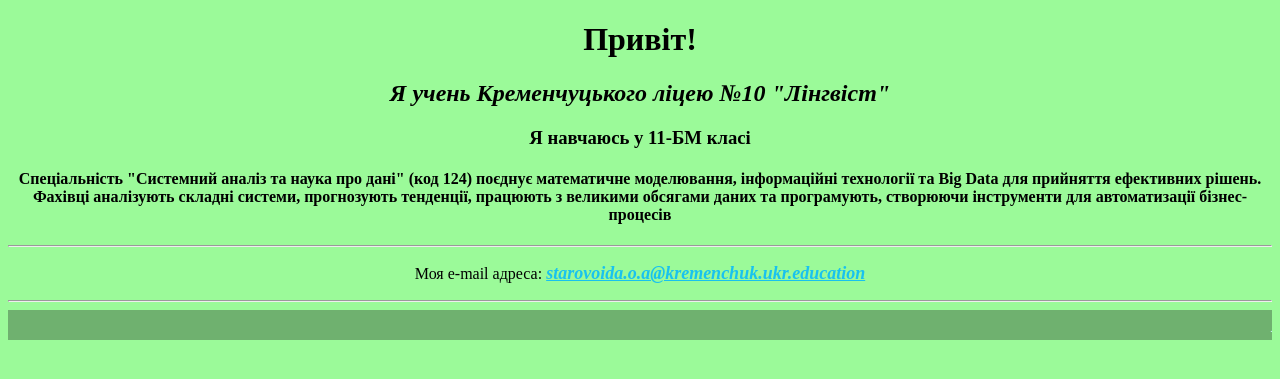
Repository: alexandrastarovoyda-star/homework_info
Page: pr3/html/pr3.html
An editor plug-in stored every save of this project. The page is shown before and after the next save, followed by the edit.
The browser window is 1280 px wide. The pictures show the whole page.

Above is the page before, as saved 2026-01-28 12:30:04.

After the next save:
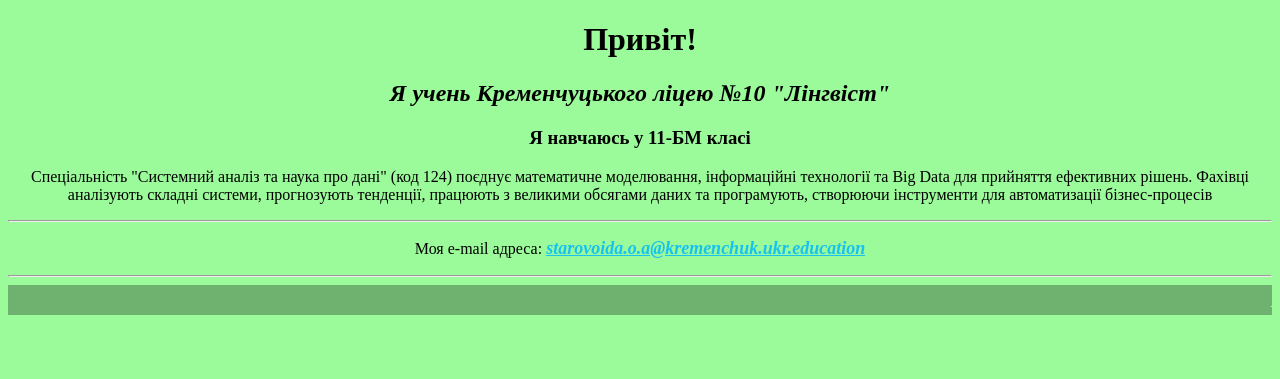
Saved 1 s later.
--- a/pr3/html/pr3.html
+++ b/pr3/html/pr3.html
@@ -9,7 +9,7 @@
         <h1 class="bl">Привіт!</h1>
         <h2 class="itl">Я учень Кременчуцького ліцею №10 "Лінгвіст"</h2>
         <h3 class="bl">Я навчаюсь у 11-БМ класі</h3>
-        <h4>Спеціальність "Системний аналіз та наука про дані" (код 124) поєднує математичне моделювання, інформаційні технології та Big Data для прийняття ефективних рішень. Фахівці аналізують складні системи, прогнозують тенденції, працюють з великими обсягами даних та програмують, створюючи інструменти для автоматизації бізнес-процесів</h4>
+        <p>Спеціальність "Системний аналіз та наука про дані" (код 124) поєднує математичне моделювання, інформаційні технології та Big Data для прийняття ефективних рішень. Фахівці аналізують складні системи, прогнозують тенденції, працюють з великими обсягами даних та програмують, створюючи інструменти для автоматизації бізнес-процесів</p>
         <hr>
         <p>Моя e-mail адреса: <a class="mail" href="mailto:starovoida.o.a@kremenchuk.ukr.education?subject=Рекламна_пропозиція">starovoida.o.a@kremenchuk.ukr.education</a></p>
         <hr>
